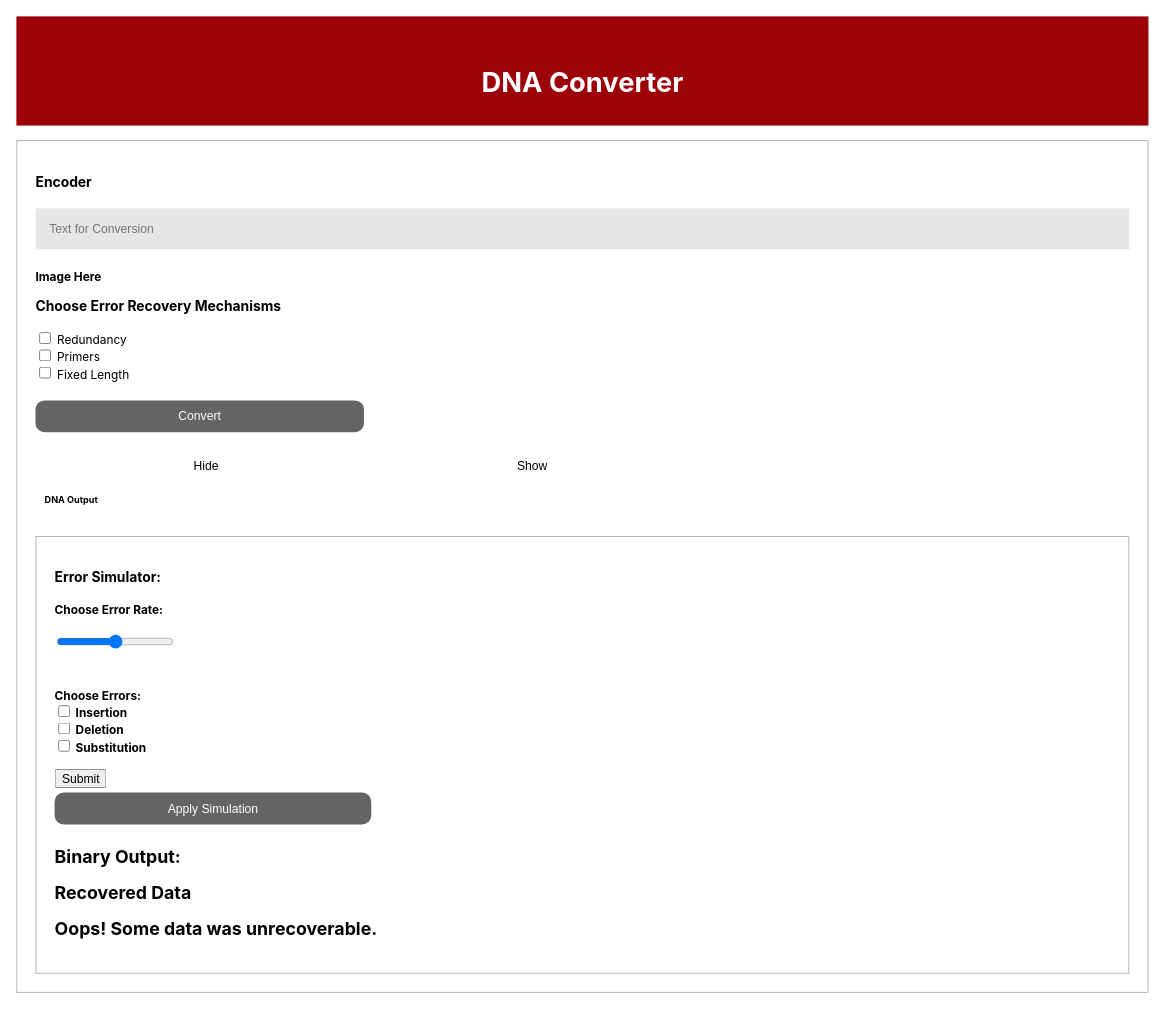
Repository: komalharjani/MSc-Thesis-DNA-Storage
Page: index.html
These files come from the project's save history. The page is drawn as it stood at one moment and after the next save; the edit follows.
The browser window is 1280 px wide. The pictures show the whole page, at 91% of full size.

Above is the page before, as saved 2020-08-16 22:38:52.

After the next save:
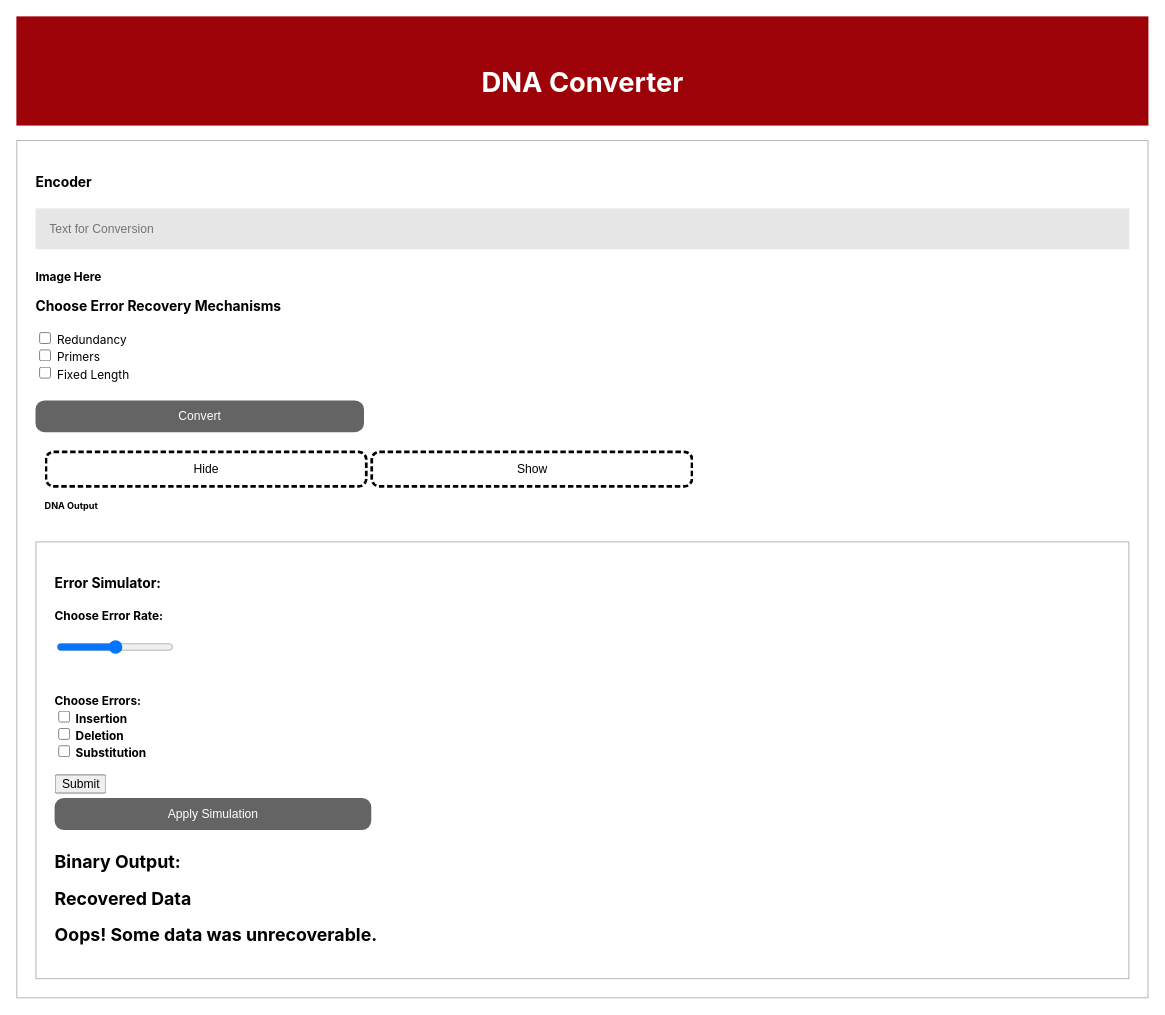
Saved 17 s later.
--- a/index.css
+++ b/index.css
@@ -131,6 +131,7 @@ input[type=text]:focus, input[type=password]:focus {
   background-color: white;
   border-color: black 2px;
   border-width: medium;
+  border-style: dashed;
   padding: 10px;
 }
 
